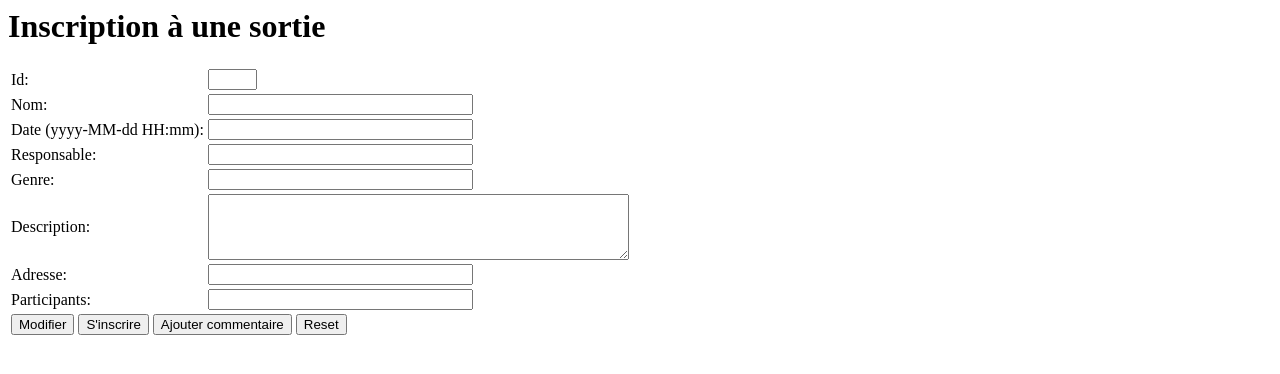
Repository: JulesThuillier/INF3710---TP4
Page: http://localhost/TP4/suscribe.jsp
These files come from the project's save history. The page is drawn as it stood at one moment and after the next save; the edit follows.
The browser window is 1280 px wide. The pictures show the whole page.
The page is served by Tomcat 9.

Above is the page before, as saved 2015-11-21 04:34:14.

### TP4/TP4/WebContent/suscribe.jsp
<%@ page import="java.util.*" %>
<html>
<head>
    <title>Inscription à une sortie</title>
</head>
<body>
    <h1>Inscription à une sortie</h1>
    <form name="sortie" action="sortie" method="post">
    <table>
        <tr>
            <td>Id:</td>
            <td><input type="text" name="id" size="3" maxlength="3"></td>
        </tr>
        <tr>
            <td>Nom:</td>
            <td><input type="text" name="nom" size="30" maxlength="80"></td>
        </tr>
        <tr>
            <td>Date (yyyy-MM-dd HH:mm):</td>
            <td><input type="text" name="date" size="30" maxlength="80"></td>
        </tr>
        <tr>
            <td>Responsable:</td>
            <td><input type="text" name="responsable" size="30" maxlength="80"></td>
        </tr>
        <tr>
            <td>Genre:</td>
            <td><input type="text" name="genre" size="30" maxlength="80"></td>
        </tr>
        <tr>
            <td>Description:</td>
            <td><textarea name="description" rows="4" cols="50"></textarea></td>
        </tr>
        <tr>
            <td>Adresse:</td>
            <td><input type="text" name="adresse" size="30" maxlength="80"></td>
        </tr>
        <tr>
            <td>Participants:</td>
            <td><input type="text" name="participantsMax" size="30" maxlength="2"></td>
        </tr>
        <tr>
            <td colspan="2">
            	<input type="submit" value="Modifier" name="update">
            	<input type="submit" value="S'inscrire" name="suscribe">
				<input type="submit" value="Ajouter commentaire" name="comment">
				<input type="reset" value="Reset">
            </td>
        </tr>
    </table>
    </form>
</body>
</html>

After the next save:
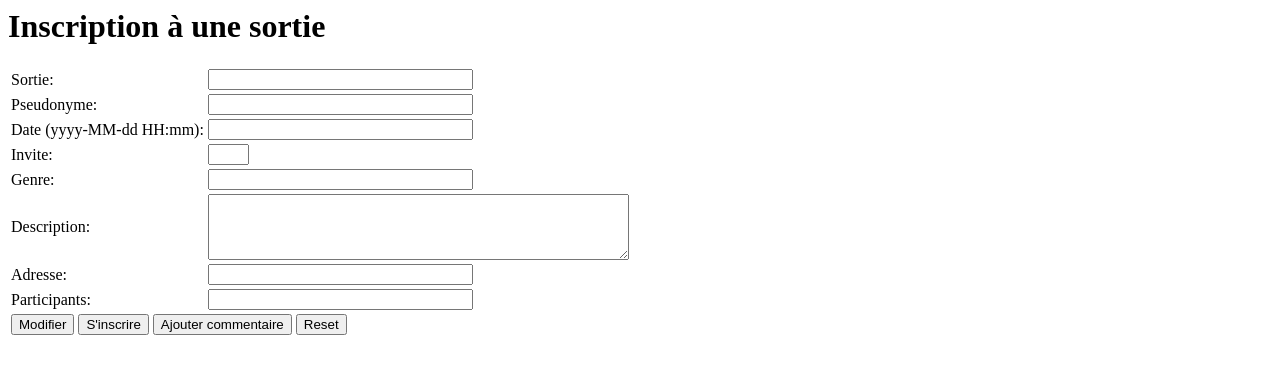
Saved 81 s later.
--- a/TP4/TP4/WebContent/suscribe.jsp
+++ b/TP4/TP4/WebContent/suscribe.jsp
@@ -8,20 +8,20 @@
     <form name="sortie" action="sortie" method="post">
     <table>
         <tr>
-            <td>Id:</td>
-            <td><input type="text" name="id" size="3" maxlength="3"></td>
+            <td>Sortie:</td>
+            <td><input type="text" name="sortie" size="30" maxlength="80"></td>
         </tr>
         <tr>
-            <td>Nom:</td>
-            <td><input type="text" name="nom" size="30" maxlength="80"></td>
+            <td>Pseudonyme:</td>
+            <td><input type="text" name="pseudo" size="30" maxlength="80"></td>
         </tr>
         <tr>
             <td>Date (yyyy-MM-dd HH:mm):</td>
             <td><input type="text" name="date" size="30" maxlength="80"></td>
         </tr>
         <tr>
-            <td>Responsable:</td>
-            <td><input type="text" name="responsable" size="30" maxlength="80"></td>
+            <td>Invite:</td>
+            <td><input type="text" name="invite" size="2" maxlength="2"></td>
         </tr>
         <tr>
             <td>Genre:</td>
